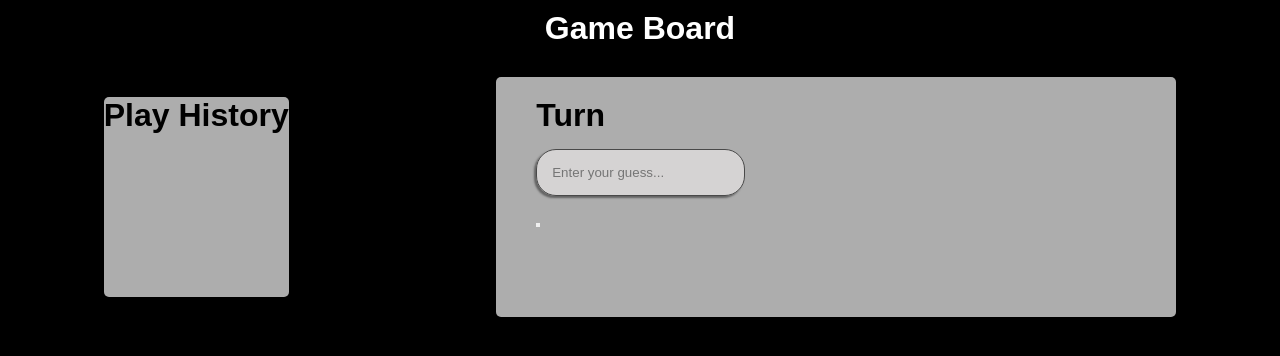
Repository: programmer686/Mastermind-with-Next.js
Page: /, after clicking the first element matching `button.StartScreen_51d34_startscreen__play_button`
An editor plug-in stored every save of this project. The page is shown before and after the next save, followed by the edit.
The browser window is 1280 px wide. The pictures show the whole page.
The project was rebuilt for these pictures with package versions that can differ from the ones it lists, and the page was loaded fresh each time. The framework's server and built-in components were replaced by stand-ins that run in the browser. Also part of the build but not shown: next.config.js, src/styles/StartScreen.module.css.

Above is the page before, as saved 2023-07-18 19:22:50.

### src/pages/index.js

import Head from 'next/head'
import Image from 'next/image'
import { Inter } from 'next/font/google'
import styles from '@/styles/Home.module.css'
import StartScreen from '@/comps/StartScreen'
import { useState } from 'react'
import GameBoard from '@/comps/GameBoard'

const inter = Inter({ subsets: ['latin'] })

export default function Home() {
  const [startGame, setStartGame] = useState(true);

  function handleStart() {
    setStartGame(prev => prev ? prev == false : prev == prev);
  }
  return (
    <>
      <Head>
        <title>Create Next App</title>
        <meta name="description" content="Generated by create next app" />
        <meta name="viewport" content="width=device-width, initial-scale=1" />
        <link rel="icon" href="/favicon.ico" />
      </Head>
     <main className={styles.index__body}>
        {startGame ? <StartScreen handleStart={handleStart}/> : <GameBoard/>}
     </main>
    </>
  )
}

### src/styles/Home.module.css


.index__body {
  margin: 0;
  padding: 0;
  box-sizing: border-box;
  width: 100vw;
  height: 100vh;
  background-color: black;
}

### src/comps/StartScreen.js
import styles from '@/styles/StartScreen.module.css'

export default function StartScreen(props) {
    return (
        <main className={styles.startscreen__body}>
            <p className={styles.startscreen__game_name}>Mastermind Game</p>
            <button onClick={props.handleStart} className={styles.startscreen__play_button}>Play Game</button>
        </main>
    )
}

### src/comps/GameBoard.js
import styles from '@/styles/GameBoard.module.css'
import PastPlay from './PastPlay'
import GamePlay from './GamePlay'
import { useState } from 'react'
import StartScreen from './StartScreen'

export default function GameBoard() {
    const [userInput, setUserInput] = useState("")
    const [toManyCharacters, setToManyCharacters] = useState(false);
    function handleInput(e) {
        const {value} = e.target
        console.log(typeof(value))
        if (value.length > 4) {
            setToManyCharacters(true)
        } else {
            setToManyCharacters(false)
        }

       let containsAlpha = /^[a-zA-Z]*$/.test(value)

        if (containsAlpha) {
            console.log("has alphabetical characters");
        }
    }


    return (
        <main>
            <div className={styles.GameBoard__header}>
                <h1 className={styles.GameBoard__name}>Game Board</h1>
            </div>
            <div className={styles.GameBoard__body}>
                <PastPlay/>
                <GamePlay handleInput={handleInput} toManyCharacters={toManyCharacters}/>
            </div>
        </main>
    )

}

### src/styles/GameBoard.module.css
.GameBoard__header {
    width: 100%;
    padding: 10px 0px;
    text-align: center;
}

.GameBoard__body {
    width: 100%;
    padding: 20px 0px;
    display: flex;
    justify-content: space-around;
    align-items: center;
}

.GameBoard__name {
    font-weight: bolder;
    font-family: Arial, Helvetica, sans-serif;
    color: white;
}

.GameBoard__tomany {
    font-weight: 700;
    font-weight: bolder;
    font-family: Arial, Helvetica, sans-serif;
    color: red;
}

### src/comps/PastPlay.js
import styles from '@/styles/PastPlay.module.css'

export default function PastPlay() {
    return (
        <main className={styles.PastPlay__board}>
            <h1 className={styles.PastPlay__name}>Play History</h1>
        </main>
    )
}

### src/comps/GamePlay.js
import styles from '@/styles/GamePlay.module.css'
import { useState } from 'react';
import Logic from './Logic';



export default function GamePlay(props) {
    const [userInput, setUserInput] = useState("")

    function getUserValue(event) {
        if (!(/[a-zA-Z]/gi.test(event.target.value)) && event.target.value.length <= 4) {
            setUserInput(event.target.value);
        }
    }


  function submitUserInput(event) {
    if (event.key === "Enter") {
        event.preventDefault();
        console.log(userInput);
        setUserInput(userInput);
        Logic(userInput, '1234');
        event.target.value = "";
        console.log(Logic(userInput, '1234'))
    }
  };

    return (
        <main className={styles.GamePlay__board }>
            <h1 className={styles.GamePlay__title}>Turn</h1>
            <form>
                <input
                    className={styles.GamePlay__userInput_btn}
                    value={userInput}
                    id="user_input"
                    type="text"
                    onChange={getUserValue}
                    onKeyDown={submitUserInput}
                    placeholder="Enter your guess..."
                />
            </form>
            {props.toManyCharacters ? <p className={styles.GamePlay__error}>To many characters</p> : <></>}
            <button></button>
        </main>
    )
}

### src/styles/PastPlay.module.css
.PastPlay__board {
    max-width: 300px;
    border-radius: 5px;

    min-height: 200px;
    background: rgb(173, 173, 173);
}


.PastPlay__name {
    font-weight: bolder;
    font-family: Arial, Helvetica, sans-serif;
    color: black;
}

### src/styles/GamePlay.module.css
.GamePlay__board {
    padding: 20px 40px;
    width: 600px;
    border-radius: 5px;
    min-height: 200px;
    background: rgb(173, 173, 173);
}

.GamePlay__title {
    font-weight: bolder;
    font-family: Arial, Helvetica, sans-serif;
    color: black;
}

.GamePlay__error {
    font-size: 14px;
    font-weight: bolder;
    font-family: Arial, Helvetica, sans-serif;
    color: red;
}

.GamePlay__userInput_btn {
    background: rgba(245, 241, 241, 0.568)0000;
    padding: 15px;
    margin: 15px 0px;
    border: 1px solid rgb(73, 73, 73);
    box-shadow: -2px 2px 2px rgb(99, 99, 99);
    border-radius: 20px;
}

### src/comps/Logic.js
export default function Logic(user_input, code) {
    let right_placed_pieces = 0;
    let wrong_placed_pieces = 0;

    for (let i = 0; i < 4; i++) {
        let indexCode = code.indexOf(code[i]);
        let indexUser = code.indexOf(user_input[i]);

        if (code.includes(user_input[i]) && indexCode == indexUser) {
            right_placed_pieces++;
        } else if (code.includes(user_input[i]) ) {
            wrong_placed_pieces++;
        }
    }

    return [right_placed_pieces, wrong_placed_pieces];
}

### src/comps/Results.js
export default function Results(props) {
    return (
        <main>
            <p>Correctly placed pieces: {props.correctly_placed}</p>
            <p>Incorrectly placed pieces: {props.incorretly_placed}</p>
        </main>
    )
}

Loaded but not shown: src/pages/_app.js (common file); src/pages/_document.js (common file); src/styles/globals.css (common file)

After the next save:
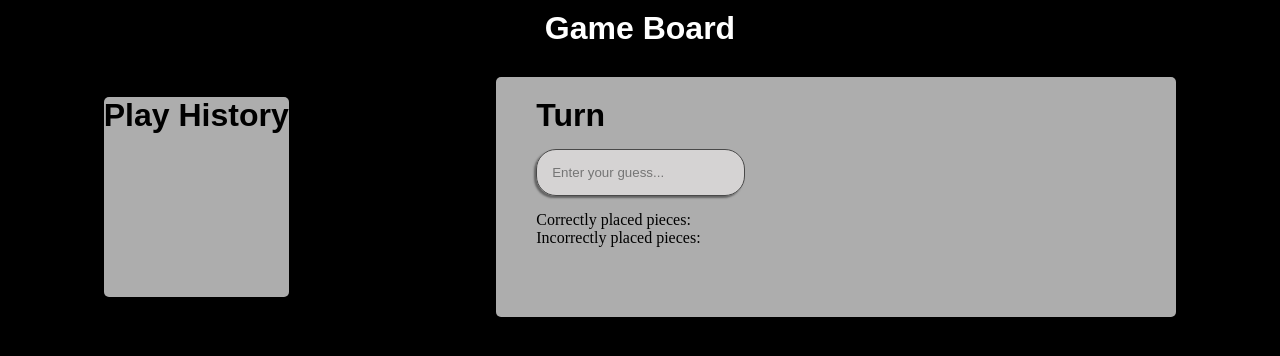
Saved 62 s later.
--- a/src/comps/GamePlay.js
+++ b/src/comps/GamePlay.js
@@ -1,12 +1,12 @@
 import styles from '@/styles/GamePlay.module.css'
 import { useState } from 'react';
 import Logic from './Logic';
-
+import Results from './Results';
 
 
 export default function GamePlay(props) {
     const [userInput, setUserInput] = useState("")
-
+    const [guessResults, setGuessResult] = useState([]);
     function getUserValue(event) {
         if (!(/[a-zA-Z]/gi.test(event.target.value)) && event.target.value.length <= 4) {
             setUserInput(event.target.value);
@@ -17,11 +17,8 @@ export default function GamePlay(props) {
   function submitUserInput(event) {
     if (event.key === "Enter") {
         event.preventDefault();
-        console.log(userInput);
         setUserInput(userInput);
-        Logic(userInput, '1234');
-        event.target.value = "";
-        console.log(Logic(userInput, '1234'))
+        setGuessResult(Logic(userInput, '1234'));
     }
   };
 
@@ -39,8 +36,9 @@ export default function GamePlay(props) {
                     placeholder="Enter your guess..."
                 />
             </form>
+            <Results correctly_placed={guessResults[0]} incorretly_placed={guessResults[1]}/>
             {props.toManyCharacters ? <p className={styles.GamePlay__error}>To many characters</p> : <></>}
-            <button></button>
+
         </main>
     )
 }
